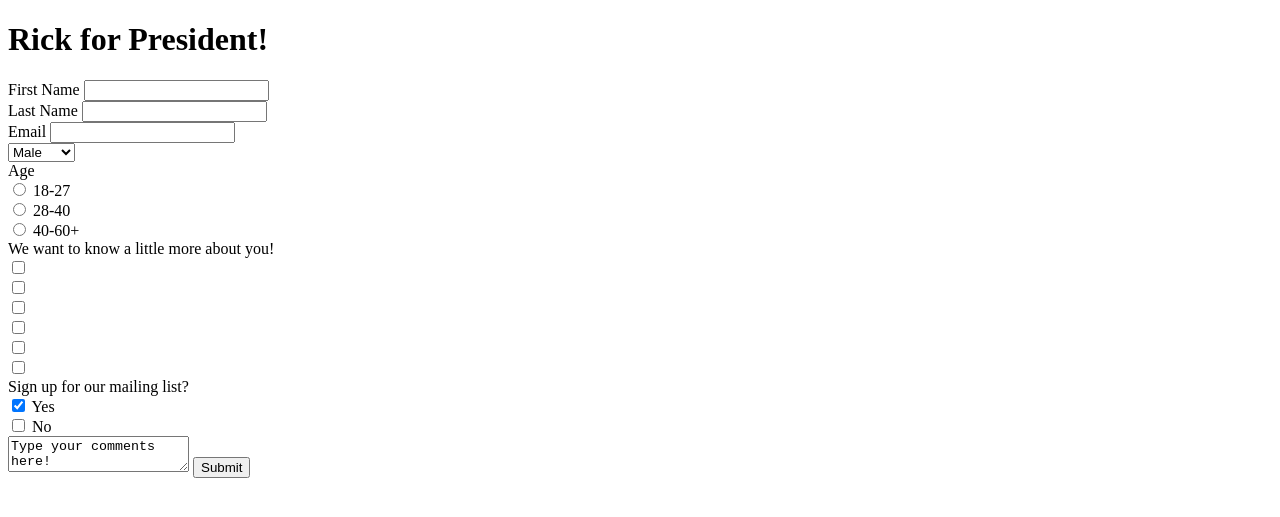
Repository: sunkim96/cosw30
Page: homework/homework2/contact.html
The author's editor kept a record of every edit. The page is drawn from the files as they stood at one moment, then again after the next edit.
The browser window is 1280 px wide. The pictures show the whole page.

Above is the page before.

After the next edit:
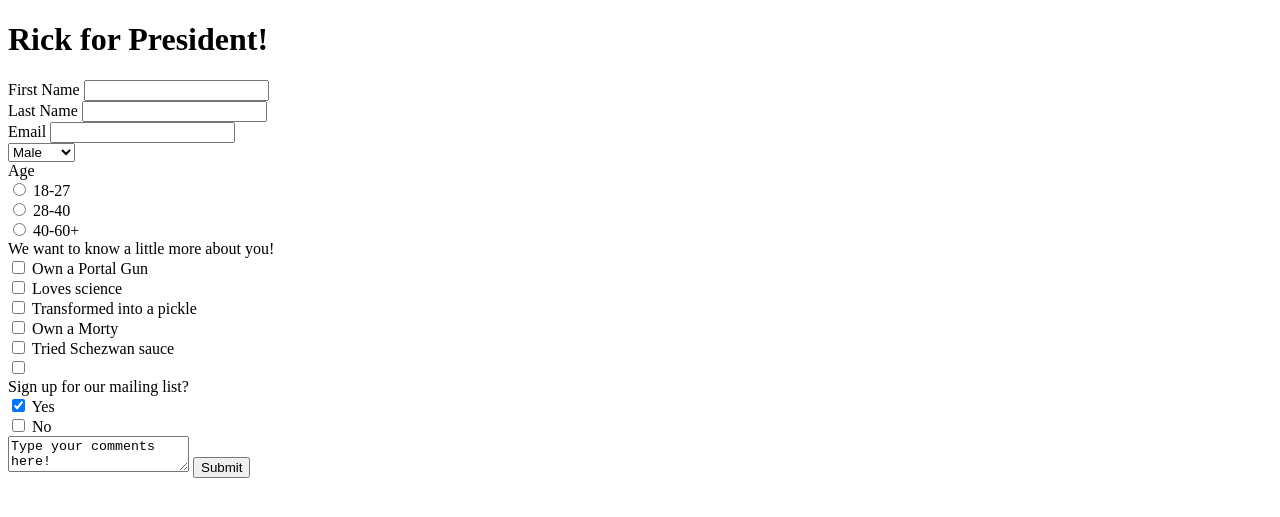
The edit:
--- a/homework/homework2/contact.html
+++ b/homework/homework2/contact.html
@@ -36,11 +36,11 @@
 
             <!-- interesting things, checkboxes for these options !-->
             <label for="interests">We want to know a little more about you!</label><br>
-                <input type="checkbox" name="" value=""> <br>
-                <input type="checkbox" name="" value=""> <br>
-                <input type="checkbox" name="" value=""> <br>
-                <input type="checkbox" name="" value=""> <br>
-                <input type="checkbox" name="" value=""> <br>
+                <input type="checkbox" name="portalgun" value=""> Own a Portal Gun<br>
+                <input type="checkbox" name="" value="science"> Loves science <br>
+                <input type="checkbox" name="" value="pickles"> Transformed into a pickle<br>
+                <input type="checkbox" name="" value="morty"> Own a Morty<br>
+                <input type="checkbox" name="" value="schezwan"> Tried Schezwan sauce<br>
                 <input type="checkbox" name="" value=""> <br>
 
               <!--<label for="contribution">Your Contribution</label>
